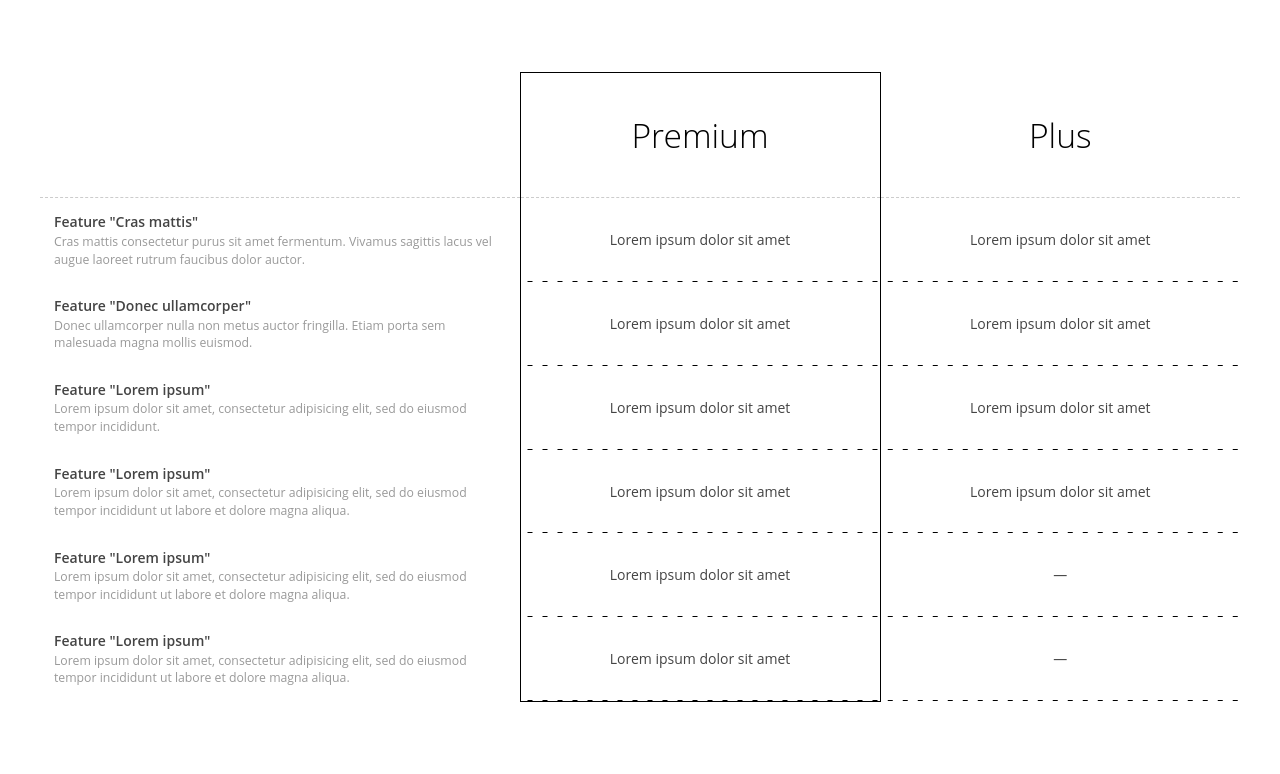
Repository: darlino/gotyu_shopify_section
Page: gotyu_table210223/index.html
These files come from the project's save history. The page is drawn as it stood at one moment and after the next save; the edit follows.
The browser window is 1280 px wide. The pictures show the whole page.

Above is the page before, as saved 2023-02-21 13:02:51.

### gotyu_table210223/index.html
<!DOCTYPE html>
<html lang="en">
  <head>
    <meta charset="UTF-8" />
    <meta http-equiv="X-UA-Compatible" content="IE=edge" />
    <meta name="viewport" content="width=device-width, initial-scale=1.0" />
    <title>Document</title>
    <link rel="stylesheet" href="style.css" />
    <link rel="preconnect" href="https://fonts.googleapis.com" />
    <link rel="preconnect" href="https://fonts.gstatic.com" crossorigin />
    <link
      href="https://fonts.googleapis.com/css2?family=Montserrat&display=swap"
      rel="stylesheet"
    />
  </head>
  <body>
    <table>
      <colgroup></colgroup>
      <colgroup></colgroup>
      <colgroup></colgroup>

      <thead>
        <tr>
          <th>&nbsp;</th>
          <th>
            <h2>Premium</h2>
          </th>
          <th>
            <h2>Plus</h2>
          </th>
        </tr>
      </thead>

      <tbody>
        <tr>
          <th>
            Feature "Cras mattis"
            <span
              >Cras mattis consectetur purus sit amet fermentum. Vivamus
              sagittis lacus vel augue laoreet rutrum faucibus dolor
              auctor.</span
            >
          </th>
          <td>Lorem ipsum dolor sit amet</td>
          <td>Lorem ipsum dolor sit amet</td>
        </tr>
        <tr>
          <th>
            Feature "Donec ullamcorper"
            <span
              >Donec ullamcorper nulla non metus auctor fringilla. Etiam porta
              sem malesuada magna mollis euismod.</span
            >
          </th>
          <td>Lorem ipsum dolor sit amet</td>
          <td>Lorem ipsum dolor sit amet</td>
        </tr>
        <tr>
          <th>
            Feature "Lorem ipsum"
            <span
              >Lorem ipsum dolor sit amet, consectetur adipisicing elit, sed do
              eiusmod tempor incididunt.</span
            >
          </th>
          <td>Lorem ipsum dolor sit amet</td>
          <td>Lorem ipsum dolor sit amet</td>
        </tr>
        <tr>
          <th>
            Feature "Lorem ipsum"
            <span
              >Lorem ipsum dolor sit amet, consectetur adipisicing elit, sed do
              eiusmod tempor incididunt ut labore et dolore magna aliqua.</span
            >
          </th>
          <td>Lorem ipsum dolor sit amet</td>
          <td>Lorem ipsum dolor sit amet</td>
        </tr>
        <tr>
          <th>
            Feature "Lorem ipsum"
            <span
              >Lorem ipsum dolor sit amet, consectetur adipisicing elit, sed do
              eiusmod tempor incididunt ut labore et dolore magna aliqua.</span
            >
          </th>
          <td>Lorem ipsum dolor sit amet</td>
          <td>&mdash;</td>
        </tr>
        <tr>
          <th>
            Feature "Lorem ipsum"
            <span
              >Lorem ipsum dolor sit amet, consectetur adipisicing elit, sed do
              eiusmod tempor incididunt ut labore et dolore magna aliqua.</span
            >
          </th>
          <td>Lorem ipsum dolor sit amet</td>
          <td>&mdash;</td>
        </tr>
      </tbody>
    </table>
  </body>
</html>

### gotyu_table210223/style.css
body {
  background: #fff;
  font: 400 1em/1.4 "Open Sans", "Helvetica Neue", sans-serif;
  color: #333;
  text-align: center;
  padding: 4em 2em;
}

table {
  width: 100%;
  text-align: left;
  border-spacing: 0;
  border-collapse: collapse;
  -webkit-box-sizing: border-box;
  -moz-box-sizing: border-box;
  box-sizing: border-box;
  border: none;
}

th,
td {
  font-family: inherit;
  font-size: 0.875em;
  line-height: 1.45;
  color: #444;
  vertical-align: middle;
  padding: 1em;
}
th {
  font-weight: 600;
}

colgroup:nth-child(1) {
  width: 40%;
  border: 0 none;
}
colgroup:nth-child(3) {
  width: 30%;
}
colgroup:nth-child(2) {
  width: 30%;
  border: 1px solid #000;
  border-radius: 50%;
}

/* Tablehead */

thead th {
  text-align: center;
  position: relative;
  border-bottom: 1px dashed #ccc;
  padding: 10px 0px 10px;
  color: #999;
}
thead th:nth-child(1) {
  background: transparent;
}
thead th h2 {
  font-weight: 300;
  font-size: 2.4em;
  color: #000;
}
thead th h2 + p {
  font-size: 1.25em;
  line-height: 1.4;
}

thead th p.promo {
  font-size: 1em;
  color: #fff;
  position: absolute;
  top: 9em;
  left: -17px;
  z-index: 1000;
  width: 100%;
  margin: 0;
  padding: 0.625em 17px 0.75em;
  background: #c00;
  box-shadow: 0 2px 4px rgba(0, 0, 0, 0.25);
  border-bottom: 1px solid #900;
}

thead th p.promo:before {
  content: "";
  position: absolute;
  display: block;
  width: 0px;
  height: 0px;
  border-style: solid;
  border-width: 0 7px 7px 0;
  border-color: transparent #900 transparent transparent;
  bottom: -7px;
  left: 0;
}
thead th p.promo:after {
  content: "";
  position: absolute;
  display: block;
  width: 0px;
  height: 0px;
  border-style: solid;
  border-width: 7px 7px 0 0;
  border-color: #900 transparent transparent transparent;
  bottom: -7px;
  right: 0;
}

/* Tablebody */

tbody th {
  background: #fff;
}
tbody th span {
  font-weight: normal;
  font-size: 87.5%;
  color: #999;
  display: block;
}

tbody td {
  background: #fff;
  text-align: center;
  background-image: linear-gradient(
    to right,
    black 33%,
    rgba(255, 255, 255, 0) 0%
  );
  background-position: bottom;
  background-size: 15px 1.2px;
  background-repeat: repeat-x;
}

tbody tr:last-child td {
  border-bottom: 0 none;
}

/* Tablefooter */

After the next save:
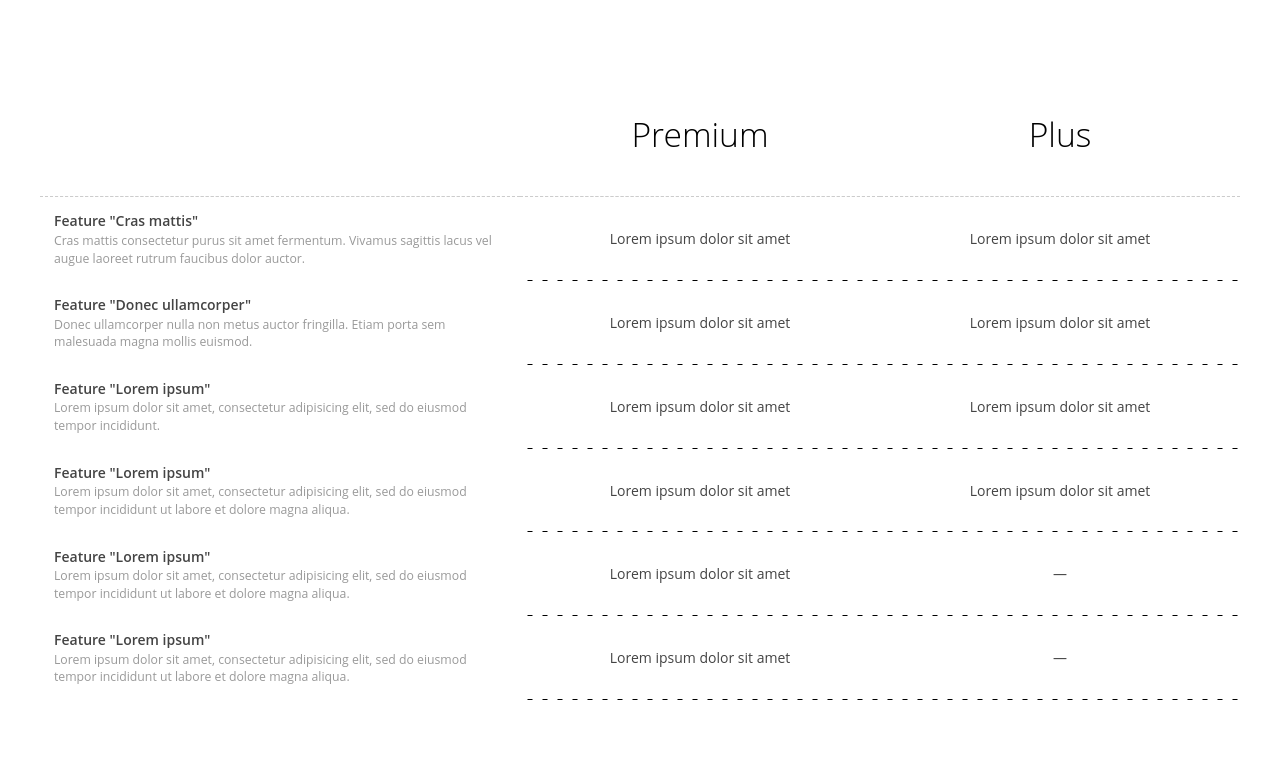
Saved 22 s later.
--- a/gotyu_table210223/style.css
+++ b/gotyu_table210223/style.css
@@ -39,7 +39,14 @@
 }
 colgroup:nth-child(2) {
   width: 30%;
-  border: 1px solid #000;
+  background-image: linear-gradient(
+    to right,
+    black 33%,
+    rgba(255, 255, 255, 0) 0%
+  );
+  background-position: bottom;
+  background-size: 15px 1.2px;
+  background-repeat: repeat-x;
   border-radius: 50%;
 }
 
@@ -63,46 +70,6 @@
 thead th h2 + p {
   font-size: 1.25em;
   line-height: 1.4;
-}
-
-thead th p.promo {
-  font-size: 1em;
-  color: #fff;
-  position: absolute;
-  top: 9em;
-  left: -17px;
-  z-index: 1000;
-  width: 100%;
-  margin: 0;
-  padding: 0.625em 17px 0.75em;
-  background: #c00;
-  box-shadow: 0 2px 4px rgba(0, 0, 0, 0.25);
-  border-bottom: 1px solid #900;
-}
-
-thead th p.promo:before {
-  content: "";
-  position: absolute;
-  display: block;
-  width: 0px;
-  height: 0px;
-  border-style: solid;
-  border-width: 0 7px 7px 0;
-  border-color: transparent #900 transparent transparent;
-  bottom: -7px;
-  left: 0;
-}
-thead th p.promo:after {
-  content: "";
-  position: absolute;
-  display: block;
-  width: 0px;
-  height: 0px;
-  border-style: solid;
-  border-width: 7px 7px 0 0;
-  border-color: #900 transparent transparent transparent;
-  bottom: -7px;
-  right: 0;
 }
 
 /* Tablebody */

After the save that followed:
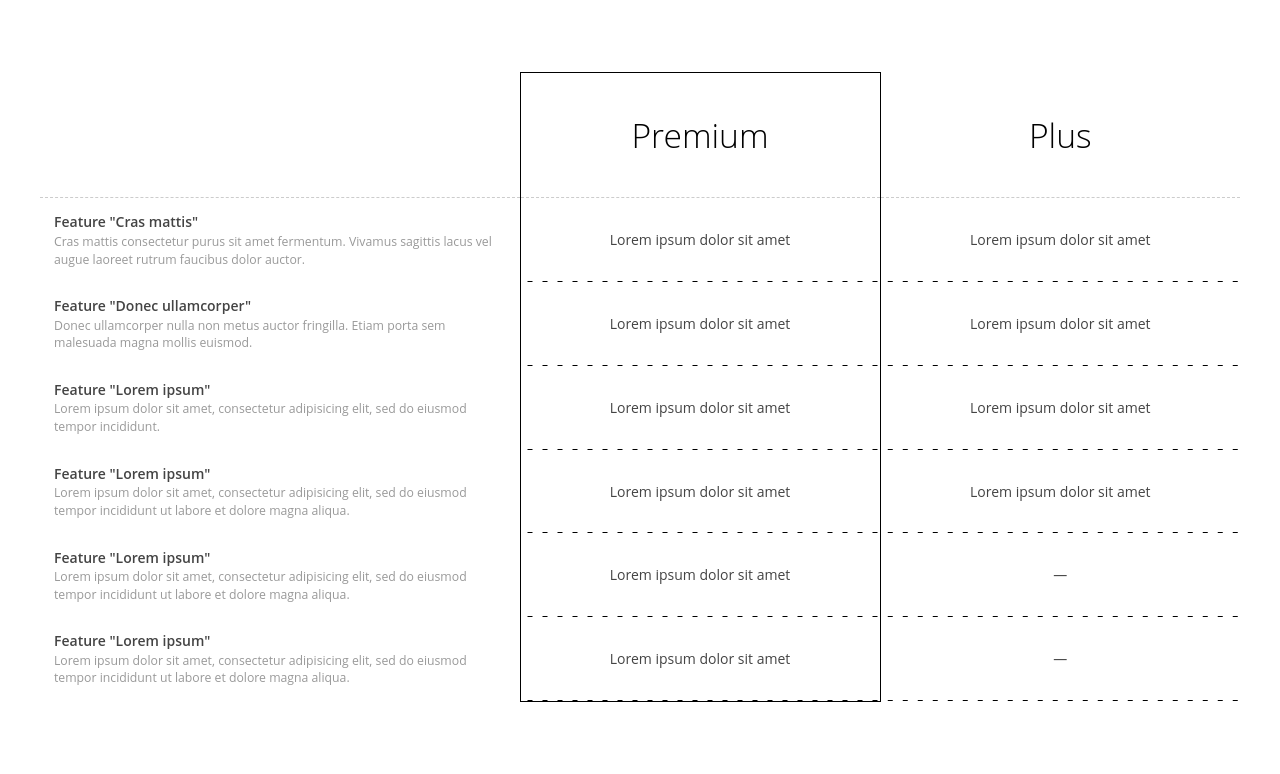
Saved 18 s later.
--- a/gotyu_table210223/style.css
+++ b/gotyu_table210223/style.css
@@ -39,14 +39,7 @@
 }
 colgroup:nth-child(2) {
   width: 30%;
-  background-image: linear-gradient(
-    to right,
-    black 33%,
-    rgba(255, 255, 255, 0) 0%
-  );
-  background-position: bottom;
-  background-size: 15px 1.2px;
-  background-repeat: repeat-x;
+  border: 1px solid #000;
   border-radius: 50%;
 }
 
